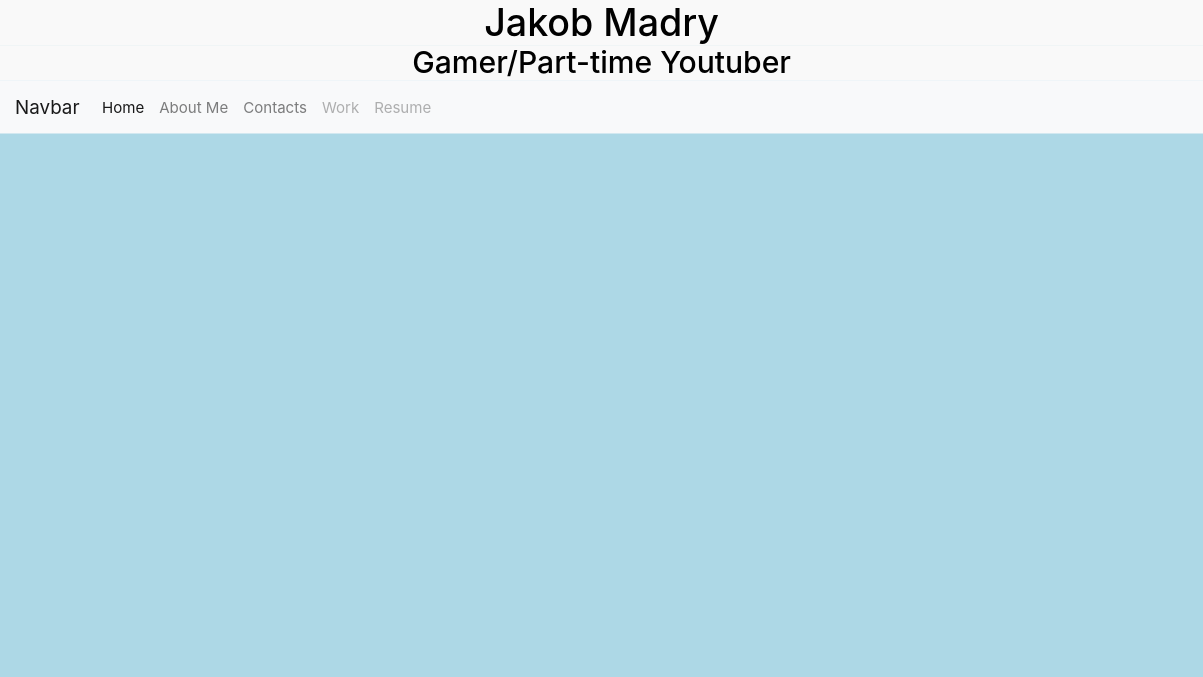
Repository: Jakobmadry/workspace
Page: resume.html
The author's editor kept a record of every edit. The page is drawn from the files as they stood at one moment, then again after the next edit.
The browser window is 1280 px wide. The pictures show the whole page, at 94% of full size.

Above is the page before.
Not found: css/normalize.css

### resume.html
<!DOCETYPE HTML>
<html>
  <!--to turn in on google class room password= blxrgt-->
<head>
  <meta charset="utf-8">
   <title>Jakob Madry | Gamer/Part-time Youtuber</title>
<link href='https://maxcdn.bootstrapcdn.com/bootstrap/4.0.0/css/bootstrap.min.css' rel='stylesheet' integrity='sha384-Gn5384xqQ1aoWXA+058RXPxPg6fy4IWvTNh0E263XmFcJlSAwiGgFAW/dAiS6JXm' crossorigin='anonymous'>
<link rel="stylesheet" type="text/css" href="css/normalize.css">
<link rel="stylesheet" type="text/css" href="css/main.css">


</head>
<body>
<header>
 <h1>
     Jakob Madry
  </h1>
  <h2>
    Gamer/Part-time Youtuber
  </h2>
<nav class="navbar navbar-expand-lg navbar-light bg-light">
  <a class="navbar-brand" href="#">Navbar</a>
  <button class="navbar-toggler" type="button" data-toggle="collapse" data-target="#navbarNav" aria-controls="navbarNav" aria-expanded="false" aria-label="Toggle navigation">
    <span class="navbar-toggler-icon"></span>
  </button>
  <div class="collapse navbar-collapse" id="navbarNav">
    <ul class="navbar-nav">
      <li class="nav-item active">
        <a class="nav-link" href="index.html">Home <span class="sr-only">(current)</span></a>
      </li>
      <li class="nav-item">
        <a class="nav-link" href="about.html">About Me</a>
      </li>
      <li class="nav-item">
        <a class="nav-link" href="contact.html">Contacts</a>
      </li>
      <li class="nav-item">
        <a class="nav-link disabled" href="work.html">Work</a>
      </li>
      <li class="nav-item">
        <a class="nav-link disabled" href="resume.html">Resume</a>
      </li>
    </ul>
  </div>
</nav>
 </header>
<footer>



</footer>


</body>


</html>

### css/main.css
h1,h2,h3{
background:#f9f9f9;
color:black;
text-align:center;
margin:0 auto;

}
body{
    background-color:lightblue;
}


a {
  text-decoration: none;


}
p {

color:grey;

font-size:30px;

}
.stuff img{
    margin:50px;
}



img{
border-radius:40px;
margin:50px;

}

header{
margin:auto;
border:0;
padding:inherit;
}
.navagation{
float:left;

}


#channels{
margin:0 auto;
}

.logo img{
}

#links{text-align:center;}

.aboutheader{
    background-color: lightblue;
    color:grey;
    margin-top:50px;
}

.p1,.p2,.p3{
    padding-left:10%;
    padding-top:1%;
    font-size:150%;
}
 .nav-link,.nav-link:hover,.nav-link:active,.nav-link:visited {
 color: grey;
 text-decoration:none;
}



.contactsheader{
    margin-top:5%;
    color:grey;
    background-color:lightblue;
}
.where{
    padding-top:1%;
    text-decoration:none;
    text-align:center;
    font-size: 30px
}
ul{
    list-style-type: none;
}
.resume{
 margin-left:28%;
}

After the next edit:
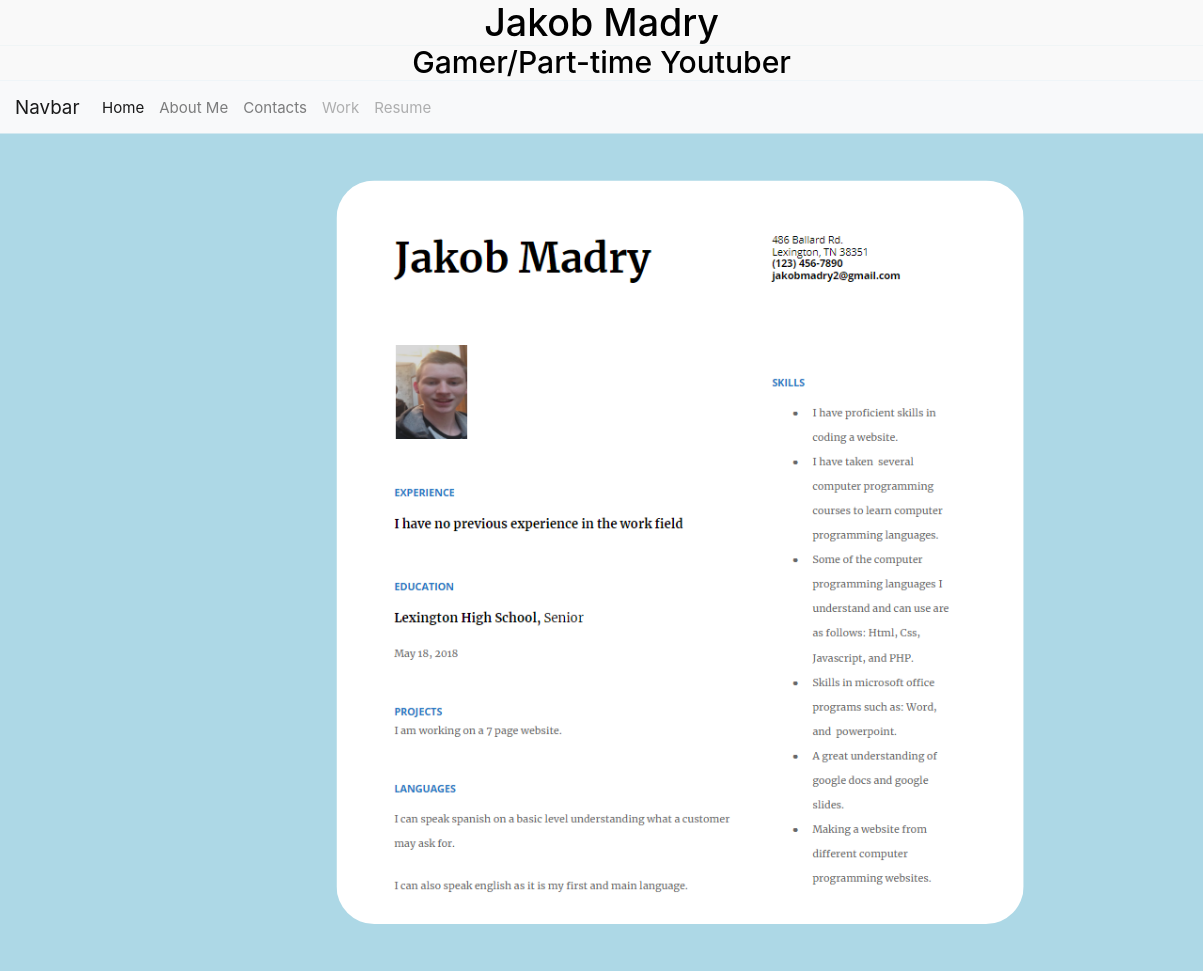
The edit:
--- a/resume.html
+++ b/resume.html
@@ -44,6 +44,7 @@
   </div>
 </nav>
  </header>
+ <img src="img/resume.PNG" class= "resume img-fluid">
 <footer>
 
 
